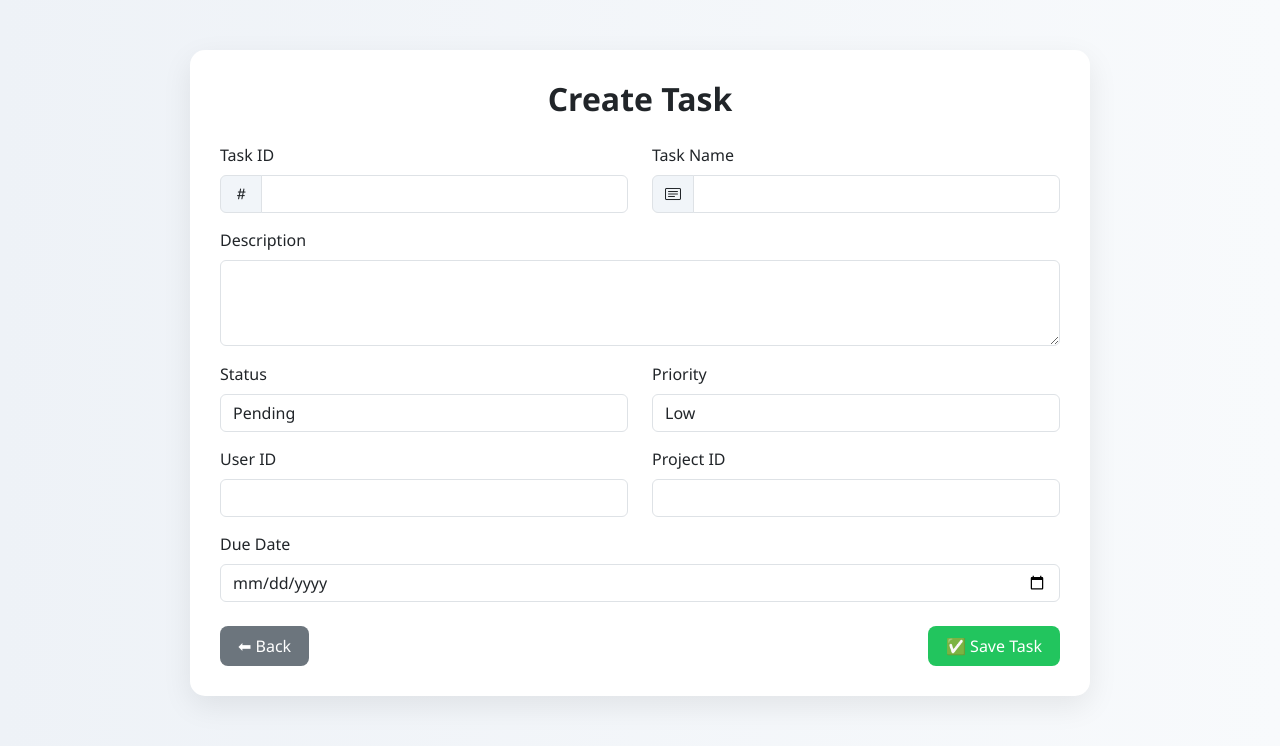
Repository: Rohan-911/task-management
Page: http://localhost/taskservice/create-task
An editor plug-in stored every save of this project. The page is shown before and after the next save, followed by the edit.
The browser window is 1280 px wide. The pictures show the whole page.
The page is this project's Thymeleaf template; nobody is signed in. The template is opened directly, without the code that normally fills it, so the values that code supplies are empty.

Above is the page before, as saved 2026-04-19 12:23:49.

After the next save:
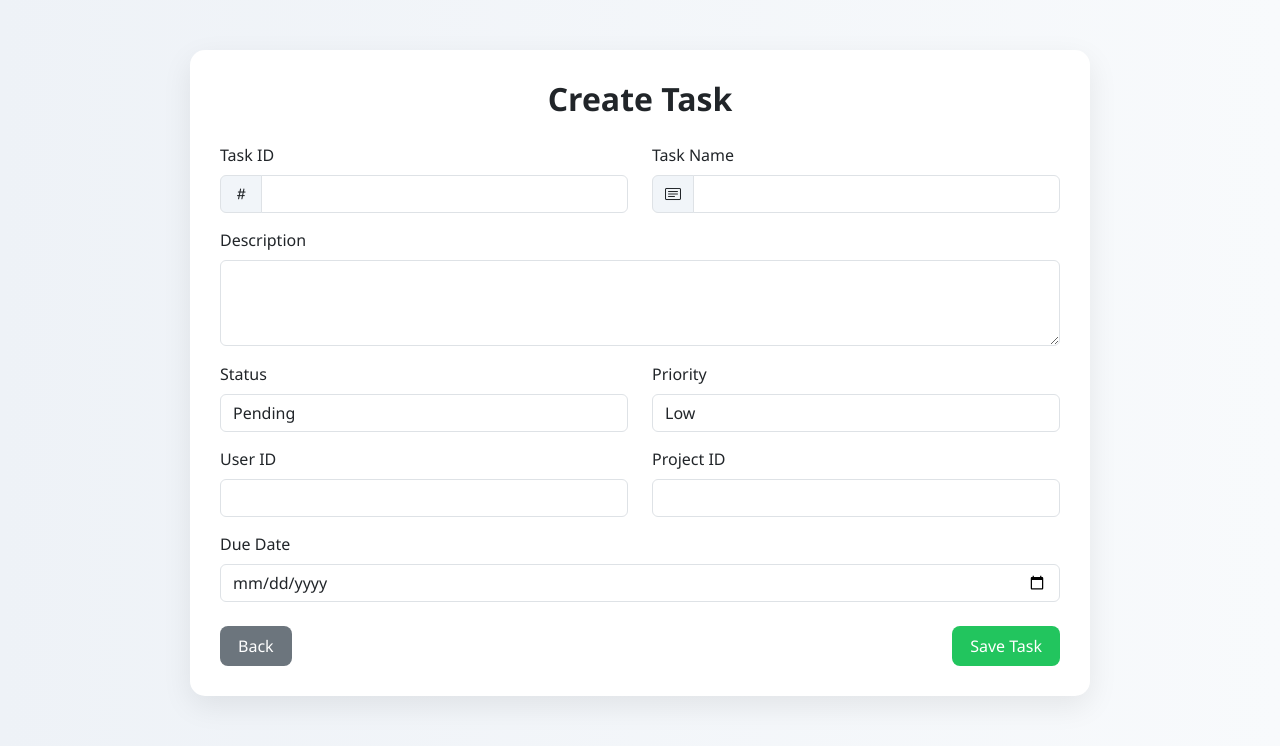
Saved 31 s later.
--- a/frontend/src/main/resources/templates/taskservice/create-task.html
+++ b/frontend/src/main/resources/templates/taskservice/create-task.html
@@ -155,8 +155,8 @@
 
             <!-- BUTTONS -->
             <div class="d-flex justify-content-between mt-4">
-                <a href="/tasks" class="btn btn-secondary">⬅ Back</a>
-                <button type="submit" class="btn btn-success">✅ Save Task</button>
+                <a href="/tasks" class="btn btn-secondary"> Back</a>
+                <button type="submit" class="btn btn-success"> Save Task</button>
             </div>
 
         </form>
